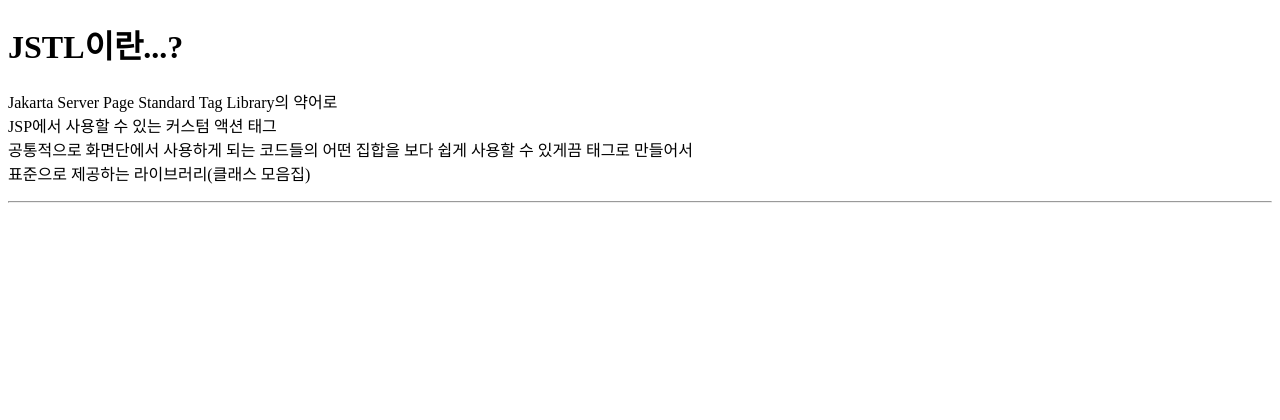
Repository: ghksl0204-shapa/dynamic-web
Page: http://localhost/ActionProject/jstl.do
An editor plug-in stored every save of this project. The page is shown before and after the next save, followed by the edit.
The browser window is 1280 px wide. The pictures show the whole page.
The page is served by Tomcat 9. Other server files are loaded and not shown.

Above is the page before, as saved 2026-05-06 08:38:45.

### ActionProject/src/main/webapp/WEB-INF/views/custom/JSTL.jsp
<%@ page language="java" contentType="text/html; charset=UTF-8"
    pageEncoding="UTF-8"%>
<!DOCTYPE html>
<html>
<head>
<meta charset="UTF-8">
<title>중요!</title>
</head>
<body>

	<h1>JSTL이란...?</h1>

	<p>
		Jakarta Server Page Standard Tag Library의 약어로 <br>
		JSP에서 사용할 수 있는 커스텀 액션 태그 <br>
		공통적으로 화면단에서 사용하게 되는 코드들의 어떤 집합을 보다 쉽게 사용할 수 있게끔 태그로 만들어서 <br>
		표준으로 제공하는 라이브러리(클래스 모음집)
	</p>

	<hr>



</body>
</html>

### ActionProject/src/main/java/com/kh/el/controller/JstlServlet.java
package com.kh.el.controller;

import java.io.IOException;
import java.util.ArrayList;
import java.util.List;

import javax.servlet.ServletException;
import javax.servlet.annotation.WebServlet;
import javax.servlet.http.HttpServlet;
import javax.servlet.http.HttpServletRequest;
import javax.servlet.http.HttpServletResponse;

import com.kh.el.model.dto.Person;

@WebServlet("/jstl.do")
public class JstlServlet extends HttpServlet {
	private static final long serialVersionUID = 1L;

    public JstlServlet() {
        super();
    }

	protected void doGet(HttpServletRequest request, HttpServletResponse response) throws ServletException, IOException {

		// DB 갔다온척 -> SELECT
		// List가 응답으로 옴

		List<Person> persons = new ArrayList();
		persons.add(new Person("홍길동", 15, "한양"));
		persons.add(new Person("고길동", 40, "마포"));
		persons.add(new Person("허균", 22, "스울"));

		request.setAttribute("persons", persons);


		request.getRequestDispatcher("/WEB-INF/views/custom/JSTL.jsp").forward(request, response);
	}

	protected void doPost(HttpServletRequest request, HttpServletResponse response) throws ServletException, IOException {
		doGet(request, response);
	}

}

### ActionProject/src/main/java/com/kh/el/model/dto/Person.java
package com.kh.el.model.dto;

public class Person {

	private String name;
	private int age;
	private String address;

	public Person() {
		super();
	}

	public Person(String name, int age, String address) {
		super();
		this.name = name;
		this.age = age;
		this.address = address;
	}

	public String getName() {
		return name;
	}

	public void setName(String name) {
		this.name = name;
	}

	public int getAge() {
		return age;
	}

	public void setAge(int age) {
		this.age = age;
	}

	public String getAddress() {
		return address;
	}

	public void setAddress(String address) {
		this.address = address;
	}

	@Override
	public String toString() {
		return "Person [name=" + name + ", age=" + age + ", address=" + address + "]";
	}

}

After the next save:
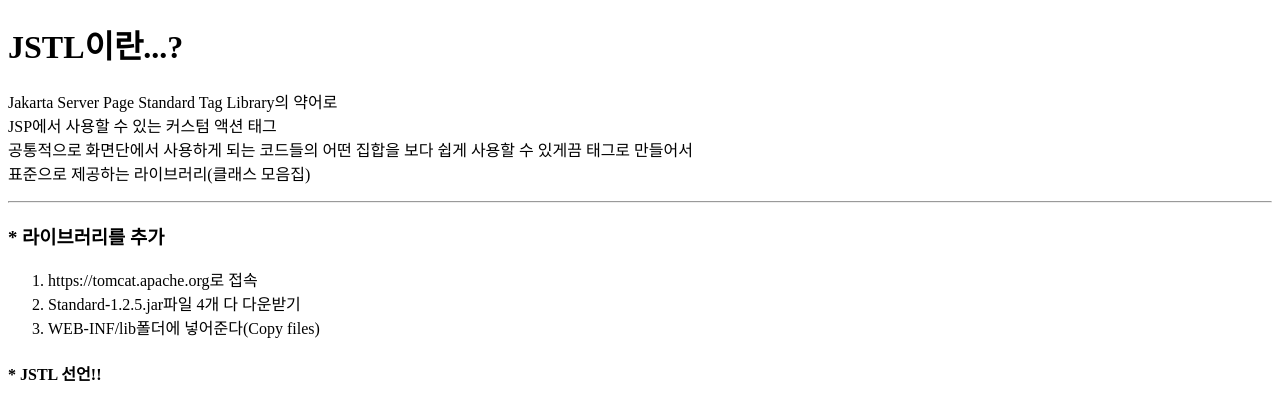
Saved 7 min 52 s later.
--- a/ActionProject/src/main/webapp/WEB-INF/views/custom/JSTL.jsp
+++ b/ActionProject/src/main/webapp/WEB-INF/views/custom/JSTL.jsp
@@ -1,5 +1,13 @@
 <%@ page language="java" contentType="text/html; charset=UTF-8"
     pageEncoding="UTF-8"%>
+<%@ taglib prefix="c" uri="http://java.sun.com/jsp/jstl/core" %>
+<!--
+	URI > URL
+
+	URI(Uniform Resource Identifier) : 자원을 식별하는 문자열 / 자원의 위치, 네이밍과 상관없이 고유하게 카리킬 수 있는 모든 식별자
+
+	URL(Uniform Resource Locator) : Location(위치) 어디로 가면 그걸 찾을 수 있는가에 대한 답
+ -->
 <!DOCTYPE html>
 <html>
 <head>
@@ -19,7 +27,15 @@
 
 	<hr>
 
+	<h3>* 라이브러리를 추가</h3>
 
+	<ol>
+		<li>https://tomcat.apache.org로 접속</li>
+		<li>Standard-1.2.5.jar파일 4개 다 다운받기</li>
+		<li>WEB-INF/lib폴더에 넣어준다(Copy files)</li>
+	</ol>
+
+	<h4>* JSTL 선언!!</h4>
 
 </body>
 </html>
